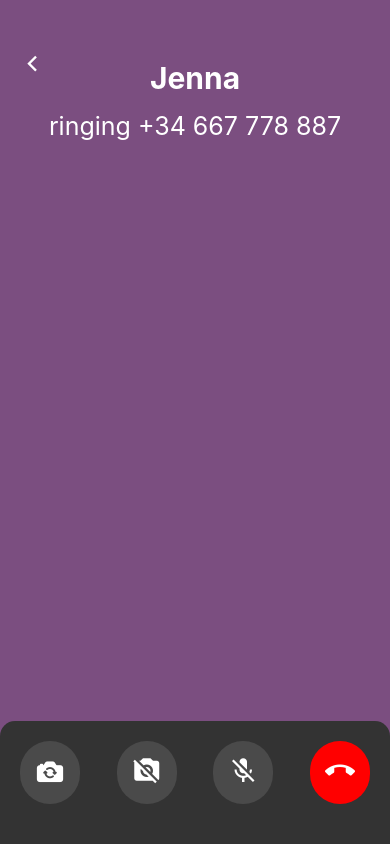
Repository: JennaFi/VideoCallApp
Screen: /Calling
The author's editor kept a copy of each file at every save. The screen is drawn from the files as they stood at one save, then again after the next save.
The app was drawn by React Native's web renderer in a window 390 px wide. The project was rebuilt for these pictures with package versions that can differ from the ones it lists, and the page was loaded fresh each time. Also part of the build but not shown: src/screens/CallScreen/index.js, src/screens/IncomingCallScreen/index.js.

Above is the screen before, as saved 2022-01-18 01:49:56.

### App.js
/**
 * Sample React Native App
 * https://github.com/facebook/react-native
 *
 * @format
 * @flow strict-local
 */


import React from 'react'
import { StatusBar } from 'react-native'
import Navigation from './src/navigation'





const App = () => {


  return (
    < >
      <StatusBar barStyle={'dark-content'} />
      <Navigation />

      {/* <ContactsScreen /> */}
      {/* <CallingScreen /> */}
      {/* <IncomingCallScreen /> */}


    </>
  )
}



export default App

### src/navigation/index.js
import { NavigationContainer } from '@react-navigation/native'
import { createNativeStackNavigator } from '@react-navigation/native-stack'
import React from 'react'
import CallingScreen from '../screens/CallingScreen'
import CallScreen from '../screens/CallScreen'
// import CallingScreen from '../screens/CallingScreen/index';
// import IncomingCallScreen from '../screens/IncomingCallScreen'
import ContactsScreen from '../screens/ContactsScreen/index'
import IncomingCallScreen from '../screens/IncomingCallScreen'


const Navigation = () => {

  const Stack = createNativeStackNavigator()
  return (
    <NavigationContainer>
      <Stack.Navigator>
        <Stack.Screen name='Contacts' component={ContactsScreen} />

        <Stack.Group screenOptions={{headerShown: false}}>
          <Stack.Screen name='Call' component={CallScreen} />
          <Stack.Screen name='Calling' component={CallingScreen} />
          <Stack.Screen name='IncomingCall' component={IncomingCallScreen} />
        </Stack.Group>


      </Stack.Navigator>

    </NavigationContainer>
  )
}

export default Navigation

### src/screens/CallingScreen/index.js
import { useNavigation } from '@react-navigation/native'
import React from 'react'
import { Pressable, StyleSheet, Text, View } from 'react-native'
import Ionicons from 'react-native-vector-icons/Ionicons'
import CallActionBox from '../../components/CallActionBox'

const CallingScreen = () => {
  const navigation = useNavigation()

  const goBack = () => {
    navigation.goBack()
  }


  return (
    <View style={styles.page}>
      <Pressable onPress={goBack} style={styles.backButton}>
        <Ionicons name='chevron-back' color='white' size={25} />
      </Pressable>

      <View style={styles.cameraPreview}>
        <Text style={styles.name}>Jenna</Text>
        <Text style={styles.phoneNumber}>ringing +34 667 778 887</Text>
      </View>

      <CallActionBox />
    </View>)
}



const styles = StyleSheet.create({
  page: {
    height: '100%',
    backgroundColor: '#7b4e80',

  },
  cameraPreview: {
    flex: 1,
    alignItems: 'center',
    paddingTop: 10,
    paddingHorizontal: 10


  },
  name: {
    fontSize: 30,
    fontWeight: 'bold',
    color: 'white',
    marginTop: 50,
    marginBottom: 15


  },
  phoneNumber: {
    fontSize: 25,
    color: 'white'

  },
  backButton: {
    position: 'absolute',
    top: 50,
    left: 20,
    zIndex: 10
  }
})

export default CallingScreen

### src/screens/ContactsScreen/index.js
import { useNavigation } from '@react-navigation/core'
import React, { useEffect, useState } from 'react'
import { FlatList, Pressable, StyleSheet, Text, TextInput, View } from 'react-native'
import baseContacts from '../../../assets/data/contacts.json'


const ContactsScreen = () => {

  const [searchTerm, setSearchTerm] = useState('')
  const [filteredContacts, setFilteredContacts] = useState(baseContacts)

  const navigation = useNavigation()

  useEffect(() => {
    const newContacts = baseContacts.filter(
      contact =>
        contact.user_display_name
          .toLowerCase()
          .includes(searchTerm.toLowerCase())
    )
    setFilteredContacts(newContacts)

  }, [searchTerm])

  const callUser = (user) => {
    navigation.navigate('Calling', {user})
  }

  return (
    <View style={styles.page}>
      <TextInput v
        value={searchTerm}
        onChangeText={setSearchTerm}
        style={styles.searchInput}
        placeholder='Search...' />
      <FlatList
        data = {filteredContacts}
        renderItem={({ item }) => (
          <Pressable onPress={() => callUser(item)}>
            <Text style={styles.contactName}>{item.user_display_name}</Text>
          </Pressable>
        )}
        ItemSeparatorComponent={() => <View style={styles.separator}/>}
      />

    </View>
  )
}

const styles = StyleSheet.create({
  page: {
    flex: 1,
    backgroundColor: 'white',
    padding: 15
  },

  contactName: {
    fontSize: 16,
    marginVertical: 10,
  },
  separator: {
    width: '100%',
    height: 1,
    backgroundColor: '#f0f0f0'
  },
  searchInput: {
    backgroundColor: '#f0f0f0',
    padding: 10,
    borderRadius: 5,

  }
})

export default ContactsScreen

### src/components/CallActionBox/index.js
import React, { useState } from 'react'
import { Pressable, StyleSheet, View } from 'react-native'
import Ionicons from 'react-native-vector-icons/Ionicons'
import MaterialIcons from 'react-native-vector-icons/MaterialCommunityIcons'


const CallActionBox = () => {
  const [isCameraOn, setIsCameraOn] = useState(true)
  const [isMicOn, setIsMicOn] = useState(true)

  const onReverseCamera = () => {

  }
  const onToggleCamera = () => {
    setIsCameraOn(currentValue => !currentValue)

  }
  const onToggleMicrophone = () => {
    setIsMicOn(currentValue => !currentValue)

  }
  const onHangUp = () => {

  }

  return (

    <View style={styles.buttonsContainer}>

      <Pressable onPress={onReverseCamera} style={styles.iconButton}>
        <Ionicons name='ios-camera-reverse' size={30} color={'white'} />
      </Pressable>

      <Pressable onPress={onToggleCamera} style={styles.iconButton}>
        <MaterialIcons name={isCameraOn? 'camera-off' : 'camera'} size={30} color={'white'} />
      </Pressable>

      <Pressable onPress={onToggleMicrophone} style={styles.iconButton}>
        <MaterialIcons name={isMicOn? 'microphone-off' : 'microphone'} size={30} color={'white'} />
      </Pressable>

      <Pressable onPress={onHangUp} style={[styles.iconButton, {backgroundColor: 'red'}]}>
        <MaterialIcons name='phone-hangup' size={30} color={'white'} />
      </Pressable>

    </View>


  )
}


const styles = StyleSheet.create({
  buttonsContainer: {
    flexDirection: 'row',
    backgroundColor: '#333333',
    padding: 20,
    paddingBottom: 40,
    borderTopLeftRadius: 15,
    borderTopRightRadius: 15,
    justifyContent: 'space-between',
    marginTop: 'auto'


  },
  iconButton: {
    backgroundColor: '#4a4a4a',
    padding: 15,
    borderRadius: 50
  }
})


export default CallActionBox

### assets/data/contacts.json
[
  {
    "user_id": "1",
    "user_name": "vadim",
    "user_display_name": "Vadim Savin"
  },
  {
    "user_id": "2",
    "user_name": "alex",
    "user_display_name": "Alex <3"
  },
  {
    "user_id": "3",
    "user_name": "elonmusk",
    "user_display_name": "Elon Musk"
  },
  {
    "user_id": "4",
    "user_name": "jobs",
    "user_display_name": "Steve Jobs"
  },
  {
    "user_id": "5",
    "user_name": "joe",
    "user_display_name": "Joe"
  },
  {
    "user_id": "6",
    "user_name": "peter",
    "user_display_name": "Peter"
  },
  {
    "user_id": "7",
    "user_name": "lilnas",
    "user_display_name": "Lil Nas"
  },
  {
    "user_id": "8",
    "user_name": "Lukas",
    "user_display_name": "Lukas"
  },
  {
    "user_id": "9",
    "user_name": "Yuri",
    "user_display_name": "Yuri Gagarin"
  },
  {
    "user_id": "10",
    "user_name": "David",
    "user_display_name": "David Dobrik"
  },
  {
    "user_id": "11",
    "user_name": "Logan",
    "user_display_name": "Logan Paul"
  }
]

After the next save:
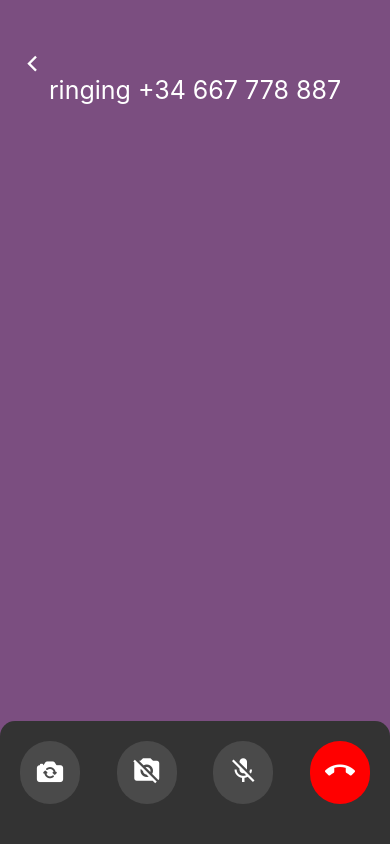
Saved 2 min 55 s later.
--- a/src/screens/CallingScreen/index.js
+++ b/src/screens/CallingScreen/index.js
@@ -1,4 +1,4 @@
-import { useNavigation } from '@react-navigation/native'
+import { useNavigation, useRoute } from '@react-navigation/native'
 import React from 'react'
 import { Pressable, StyleSheet, Text, View } from 'react-native'
 import Ionicons from 'react-native-vector-icons/Ionicons'
@@ -6,6 +6,9 @@ import CallActionBox from '../../components/CallActionBox'
 
 const CallingScreen = () => {
   const navigation = useNavigation()
+  const route = useRoute()
+
+  const user = route?.params?.user
 
   const goBack = () => {
     navigation.goBack()
@@ -19,7 +22,7 @@ const CallingScreen = () => {
       </Pressable>
 
       <View style={styles.cameraPreview}>
-        <Text style={styles.name}>Jenna</Text>
+        <Text style={styles.name}>{user?.user_display_name}</Text>
         <Text style={styles.phoneNumber}>ringing +34 667 778 887</Text>
       </View>
 
